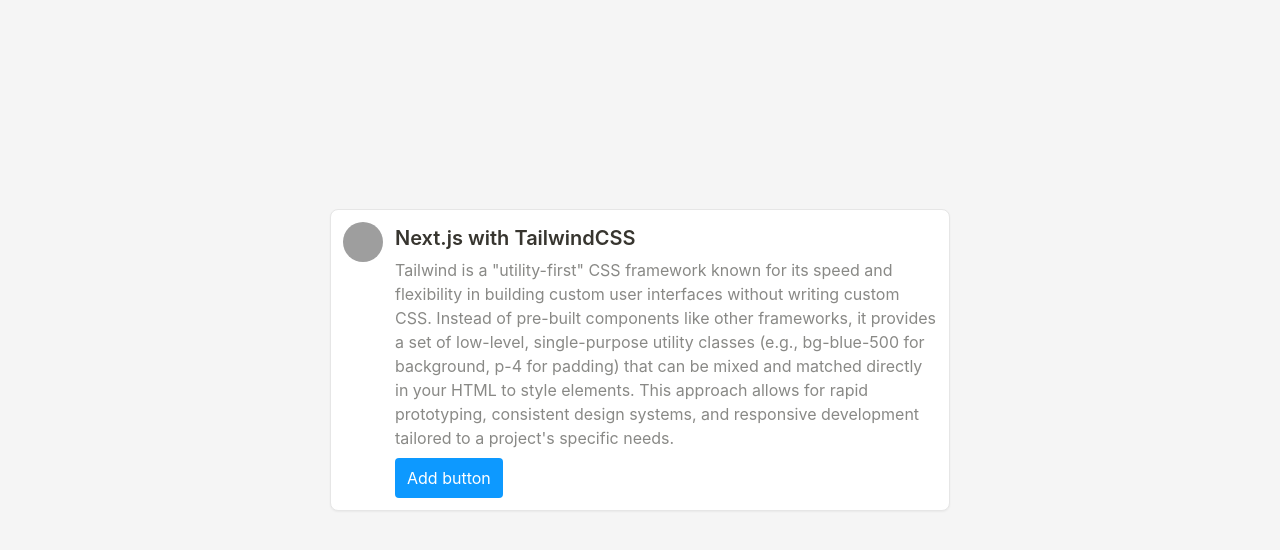
Repository: vignesh33654/resizablesidebar
Page: /
An editor plug-in stored every save of this project. The page is shown before and after the next save, followed by the edit.
The browser window is 1280 px wide. The pictures show the whole page.
The project was rebuilt for these pictures with package versions that can differ from the ones it lists, and the page was loaded fresh each time.

Above is the page before, as saved 2025-11-11 10:03:52.

After the next save:
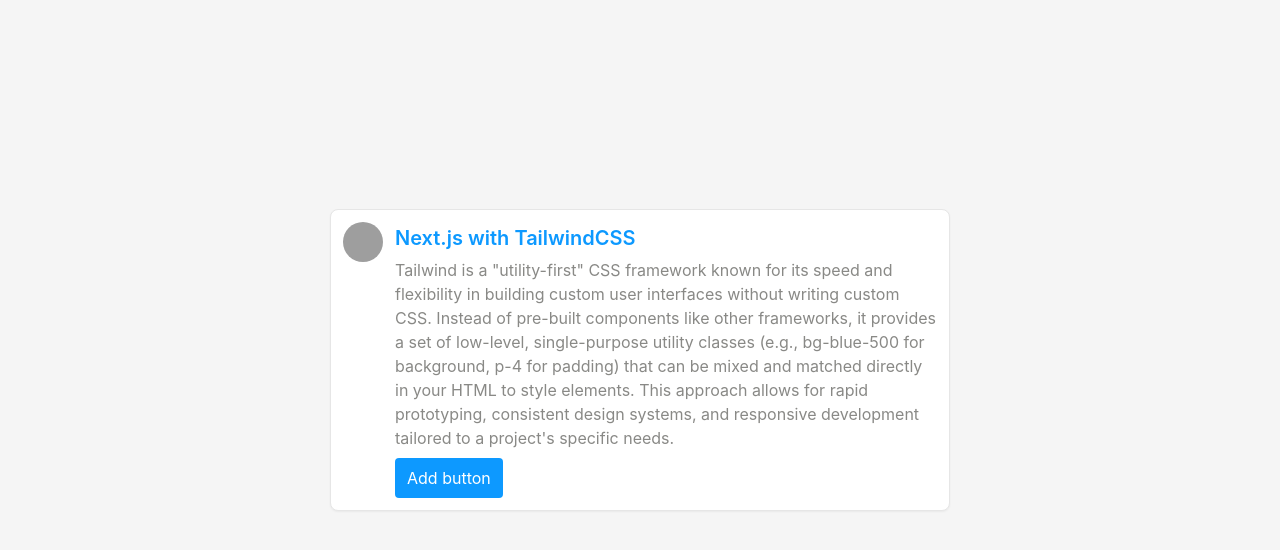
Saved 28 s later.
--- a/src/App.tsx
+++ b/src/App.tsx
@@ -15,7 +15,7 @@
 
         {/* Content */}
         <div className="flex flex-col gap-1">
-          <h3 className="text-text-Primary">
+          <h3 className="text-color-primary">
             Next.js with TailwindCSS
           </h3>
 
